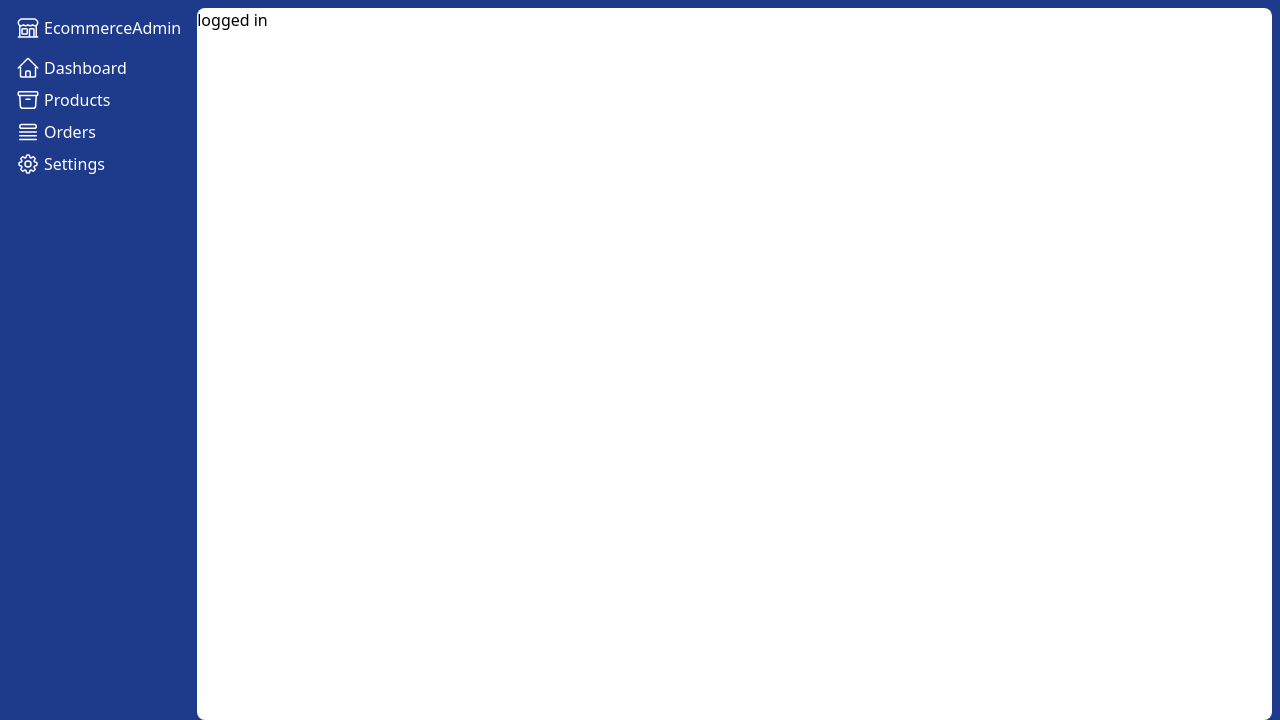
Repository: xoshiraghavx/CRUDS
Page: /
An editor plug-in stored every save of this project. The page is shown before and after a run of saves, followed by the edit.
The browser window is 1280 px wide. The pictures show the whole page.
The page's requests for data from a server got no answer. The project was rebuilt for these pictures with package versions that can differ from the ones it lists, and the page was loaded fresh each time. The framework's server and built-in components were replaced by stand-ins that run in the browser. No one was signed in, and anything a server would have sent is missing. Also part of the build but not shown: next.config.mjs.

Above is the page before, as saved 2024-02-22 19:40:33.

After the next 2 saves:
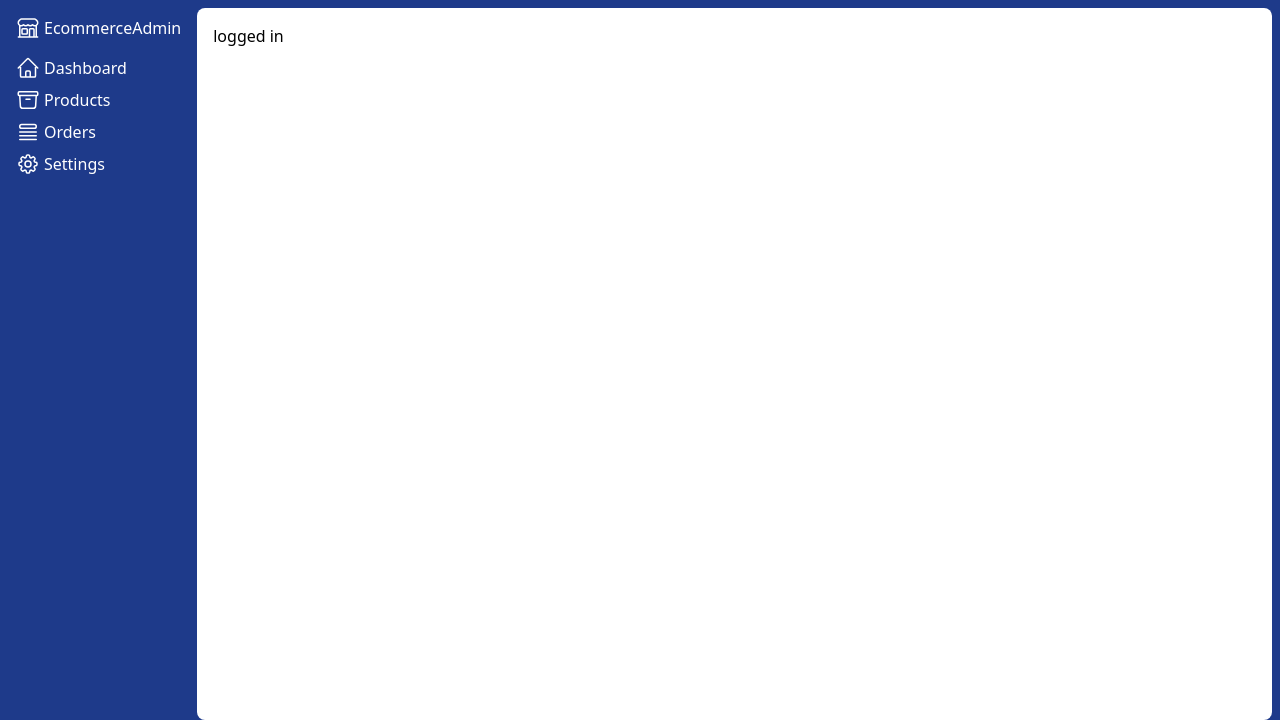
The 2 saves are shown as one change because they came seconds apart.
The last was saved 17 s later.
--- a/pages/index.js
+++ b/pages/index.js
@@ -15,7 +15,7 @@ export default function Home() {
   return (
     <div className="bg-blue-900 min-h-screen flex">
       <Nav />
-    <div className="bg-white flex-grow mt-2 mr-2 rounded-lg">logged in
+    <div className="bg-white flex-grow mt-2 mr-2 rounded-lg p-4">logged in
       {/* {session.user.email} */}
       </div>
     </div>
